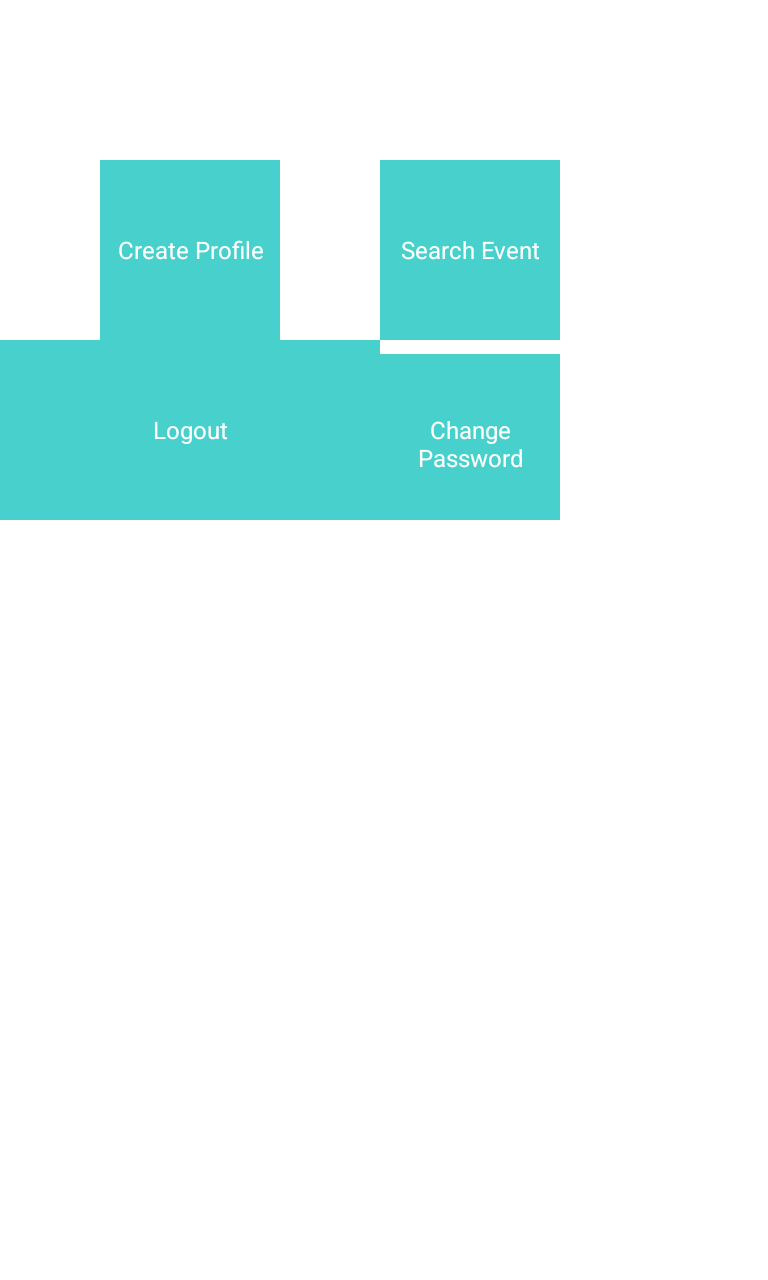
Repository: COMP231-S63G1/COMP231-S63G1
Layout: Wanna/res/layout/login_success.xml
These files come from the project's save history. The layout is drawn as it stood at one moment and after the next save; the edit follows.
It is drawn on a 768 x 1280 px phone screen (xhdpi) without system bars, with theme AppTheme; the app's code is not run. The app's manifest (not shown) leaves right-to-left support off. So textAlignment, textDirection and layoutDirection are ignored, and left and right values win over start and end ones.

Above is the layout before, as saved 2014-10-24 15:43:21.

### Wanna/res/layout/login_success.xml
<?xml version="1.0" encoding="utf-8"?>

<LinearLayout xmlns:android="http://schemas.android.com/apk/res/android"
              android:orientation="vertical"
              android:layout_width="match_parent"
              android:layout_height="match_parent"

              >

    <TextView
            android:layout_width="200dp"
            android:textColor="#48D1CC"
            android:layout_height="40dp"
            android:id="@+id/textwelcome"
            android:textSize="25sp"
            android:gravity="center"
            />
    <TextView
            android:layout_width="125dp"
            android:layout_height="40dp"
            android:id="@+id/lname"
            android:layout_alignParentTop="true"
            android:textColor="#000000"
            android:layout_toRightOf="@+id/textwelcome"
            android:textSize="20sp"/>

<TableLayout
    android:layout_width="match_parent"
    android:layout_height="match_parent"
    >
<TableRow>
<Button
        android:id="@+id/createProf"
        android:layout_width="90dp"
        android:layout_height="90dp"
        android:background="#48D1CC"
        android:text="Create Profile"
        android:textColor="#ffffff"
        android:textSize="12sp"
        android:layout_marginLeft="50dp"
        android:layout_marginRight="50dp"

        />

      <Button
            android:layout_width="90dp"
            android:layout_height="90dp"
            android:text="Search Event"
            android:id="@+id/searchEvent"
            android:textSize="12sp"
            android:textColor="#ffffff"
            android:background="#48D1CC"
      />
</TableRow>
<TableRow>

    <Button
            android:layout_width="90dp"
            android:layout_height="90dp"
            android:text="Logout"
            android:id="@+id/logout"
            android:textSize="12sp"
            android:textColor="#ffffff"
            android:background="#48D1CC"
      />



    <Button
        android:id="@+id/btchangepass"
        android:layout_width="90dp"
        android:layout_height="90dp"
		android:background="#48D1CC"
        android:layout_below="@+id/textwelcome"
        android:text="Change Password"
        android:textColor="#ffffff"
        android:textSize="12sp" />
    </TableRow>

    </TableLayout>
    <TextView
            android:layout_width="100dp"
            android:layout_height="25dp"
            android:text="User Panel"
            android:id="@+id/textView"
            android:layout_below="@+id/logout"
            android:layout_alignParentRight="true"
            android:textSize="18sp" android:textColor="#000000"
            android:textAlignment="center"/>

</LinearLayout>

Loaded but not shown: Wanna/res/values/styles.xml (common file); Wanna/res/values-v11/styles.xml (common file); Wanna/res/values-v14/styles.xml (common file)

After the next save:
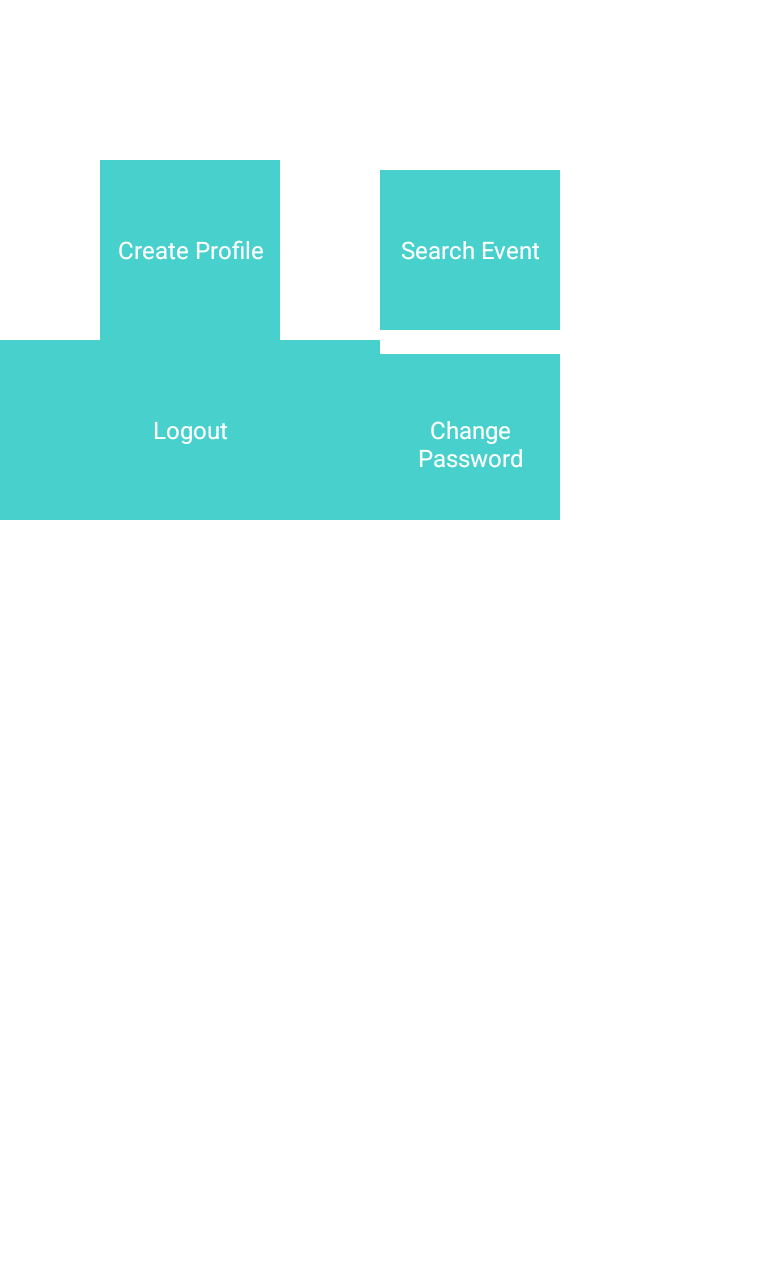
Saved 14 s later.
--- a/Wanna/res/layout/login_success.xml
+++ b/Wanna/res/layout/login_success.xml
@@ -43,8 +43,8 @@
         />
 
       <Button
-            android:layout_width="90dp"
-            android:layout_height="90dp"
+            android:layout_width="80dp"
+            android:layout_height="80dp"
             android:text="Search Event"
             android:id="@+id/searchEvent"
             android:textSize="12sp"
